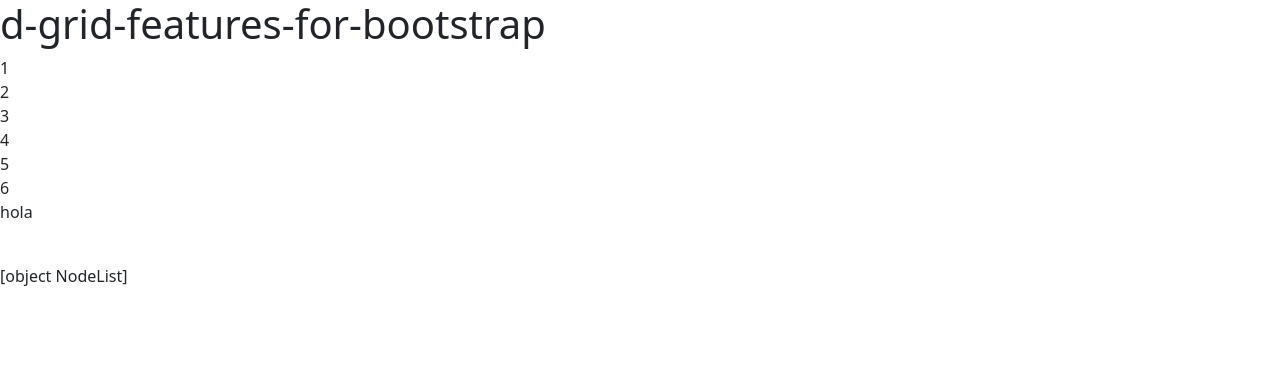
Repository: LynxPardelle/d-grid-features-for-bootstrap
Page: index.html
These files come from the project's save history. The page is drawn as it stood at one moment and after the next save; the edit follows.
The browser window is 1280 px wide. The pictures show the whole page.

Above is the page before, as saved 2021-10-20 03:55:34.

### index.html
<!DOCTYPE html>
<html lang="en">
<head>
  <meta charset="UTF-8">
  <meta http-equiv="X-UA-Compatible" content="IE=edge">
  <meta name="viewport" content="width=device-width, initial-scale=1.0">
  <title>d-grid-features-for-bootstrap</title>
  <link href="https://cdn.jsdelivr.net/npm/bootstrap@5.1.3/dist/css/bootstrap.min.css" rel="stylesheet" integrity="sha384-1BmE4kWBq78iYhFldvKuhfTAU6auU8tT94WrHftjDbrCEXSU1oBoqyl2QvZ6jIW3" crossorigin="anonymous">
</head>
<body>
  <h1>d-grid-features-for-bootstrap</h1>

  <section class="d-grid" data-gfbs="{grid-template-columns: repeat(5, 2fr)}">
    <div>
      1
    </div>
    <div>
      2
    </div>
    <div>
      3
    </div>
    <div>
      4
    </div>
    <div>
      5
    </div>
    <div>
      6
    </div>
  </section>

  <div id="console">

  </div>

  <script src="https://cdn.jsdelivr.net/npm/bootstrap@5.1.3/dist/js/bootstrap.bundle.min.js" integrity="sha384-ka7Sk0Gln4gmtz2MlQnikT1wXgYsOg+OMhuP+IlRH9sENBO0LRn5q+8nbTov4+1p" crossorigin="anonymous"></script>
  <script src="./d-grid.js"></script>
</body>
</html>

### d-grid.js
"use strict";

let gridElements = document.querySelectorAll("[data-gfbs]");

for (let gridElement of gridElements) {
  for(let attribute of gridElement.attributes){
    if(attribute.localName.includes('gfbs')){
      console.log(attribute);
    }
  }
}

/* for(let attribute of gridElements.attributes){
  if(attribute.localName.includes('gfbs')){
    console.log(attribute);
  }
} */

console.log(gridElements);

document.getElementById("console").innerHTML += "<p>hola</p><br/>";
document.getElementById("console").innerHTML += gridElements;

After the next save:
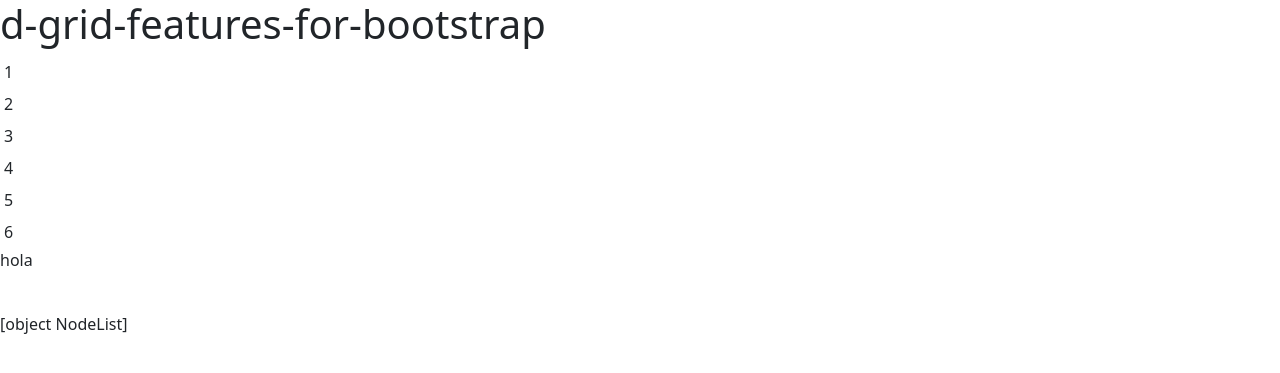
Saved 36 s later.
--- a/index.html
+++ b/index.html
@@ -10,23 +10,23 @@
 <body>
   <h1>d-grid-features-for-bootstrap</h1>
 
-  <section class="d-grid" data-gfbs="{grid-template-columns: repeat(5, 2fr)}">
-    <div>
+  <section class="d-grid" data-gfbs="{'grid-template-columns: repeat(5, 2fr)'}">
+    <div class="grid-element bg- p-1">
       1
     </div>
-    <div>
+    <div class="grid-element bg- p-1">
       2
     </div>
-    <div>
+    <div class="grid-element bg- p-1">
       3
     </div>
-    <div>
+    <div class="grid-element bg- p-1">
       4
     </div>
-    <div>
+    <div class="grid-element bg- p-1">
       5
     </div>
-    <div>
+    <div class="grid-element bg- p-1">
       6
     </div>
   </section>
